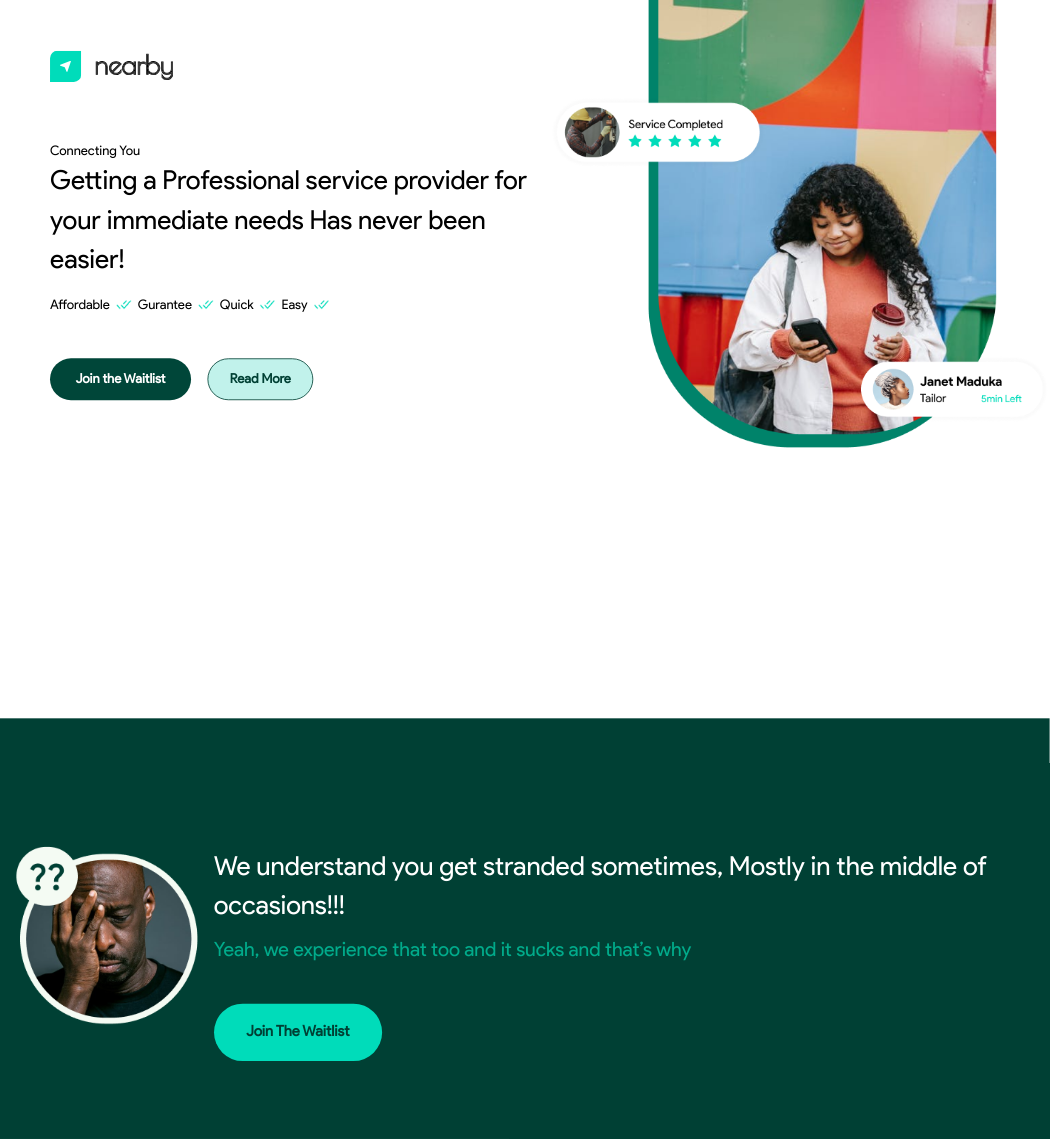
Repository: Eugene44-hub/Mearby
Page: /
These files come from the project's save history. The page is drawn as it stood at one moment and after the next save; the edit follows.
The browser window is 1280 px wide. The pictures show the whole page, at 82% of full size.
The project was rebuilt for these pictures with package versions that can differ from the ones it lists, and the page was loaded fresh each time.

Above is the page before, as saved 2022-04-30 07:17:29.

After the next save:
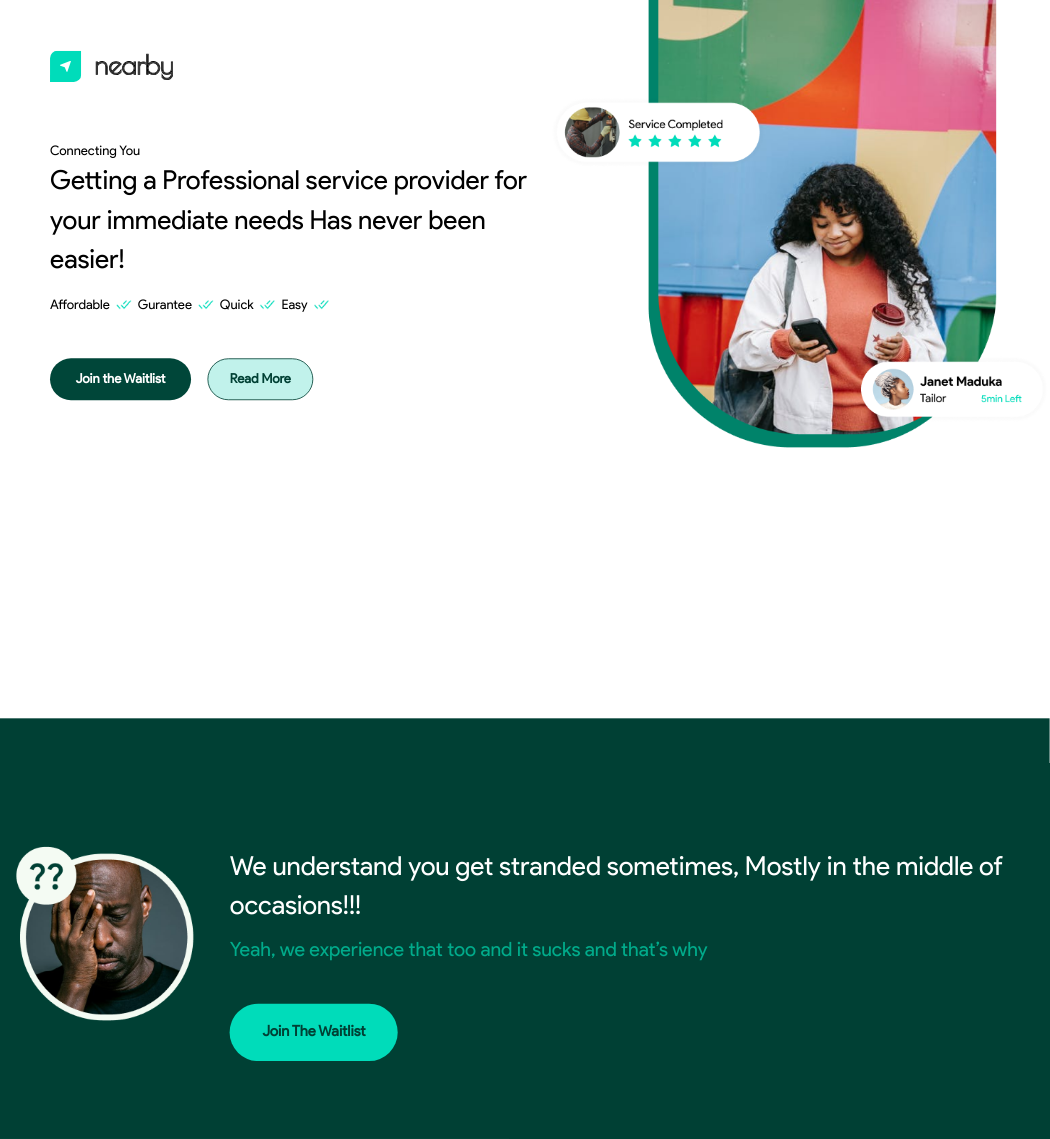
Saved 5 s later.
--- a/src/components/understand/Understand.tsx
+++ b/src/components/understand/Understand.tsx
@@ -3,7 +3,7 @@ import understand from "../../assets/images/understand.png"
 import WaitLight from "../../components/Buttons/WaitLight"
 const Understand = () => {
   return (
-    <div className='bg-[#004034] px-5 pt-[9.75rem] md:flex gap-5 relative mt-[20rem]'>
+    <div className='bg-[#004034] px-5 pt-[9.75rem] md:flex gap-11 relative mt-[20rem]'>
 
   <img src={understand} className=" absolute block md:hidden translate-x-[-50%] left-[50%] top-[-20%]" alt="understand" />
   <div>
